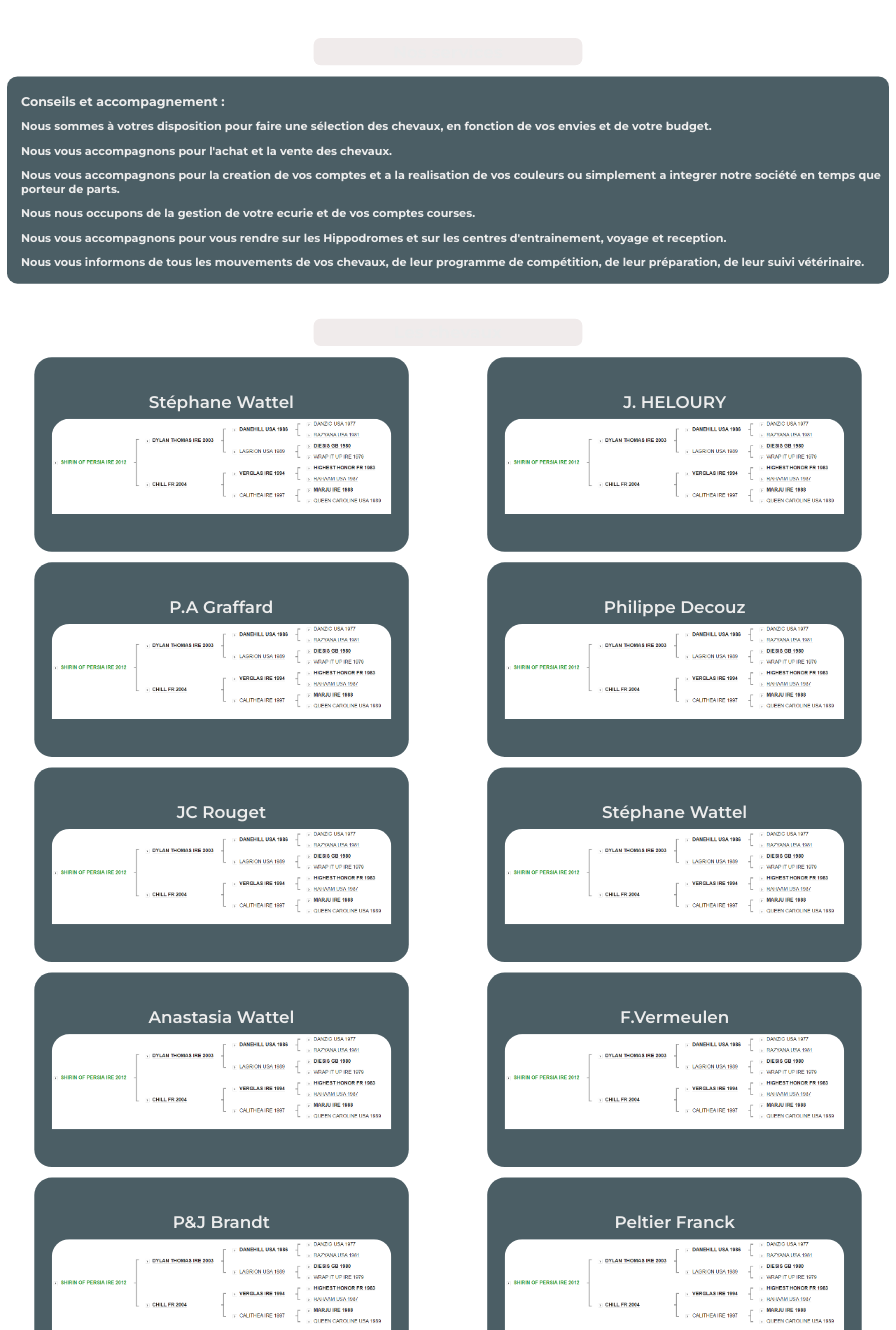
Repository: Vanitti/Site-web
Page: index.html
The author's editor kept a copy of each file at every save. The page is drawn from the files as they stood at one save, then again after the next save.
The browser window is 1280 px wide. The pictures show the part of the page from y = 576 to 2476 px (the page is 4055 px tall), at 70% of full size.
Some web libraries are served in a nearby version.

Above is the page before, as saved 2023-06-24 15:18:43.
Not found: app.js

After the next save:
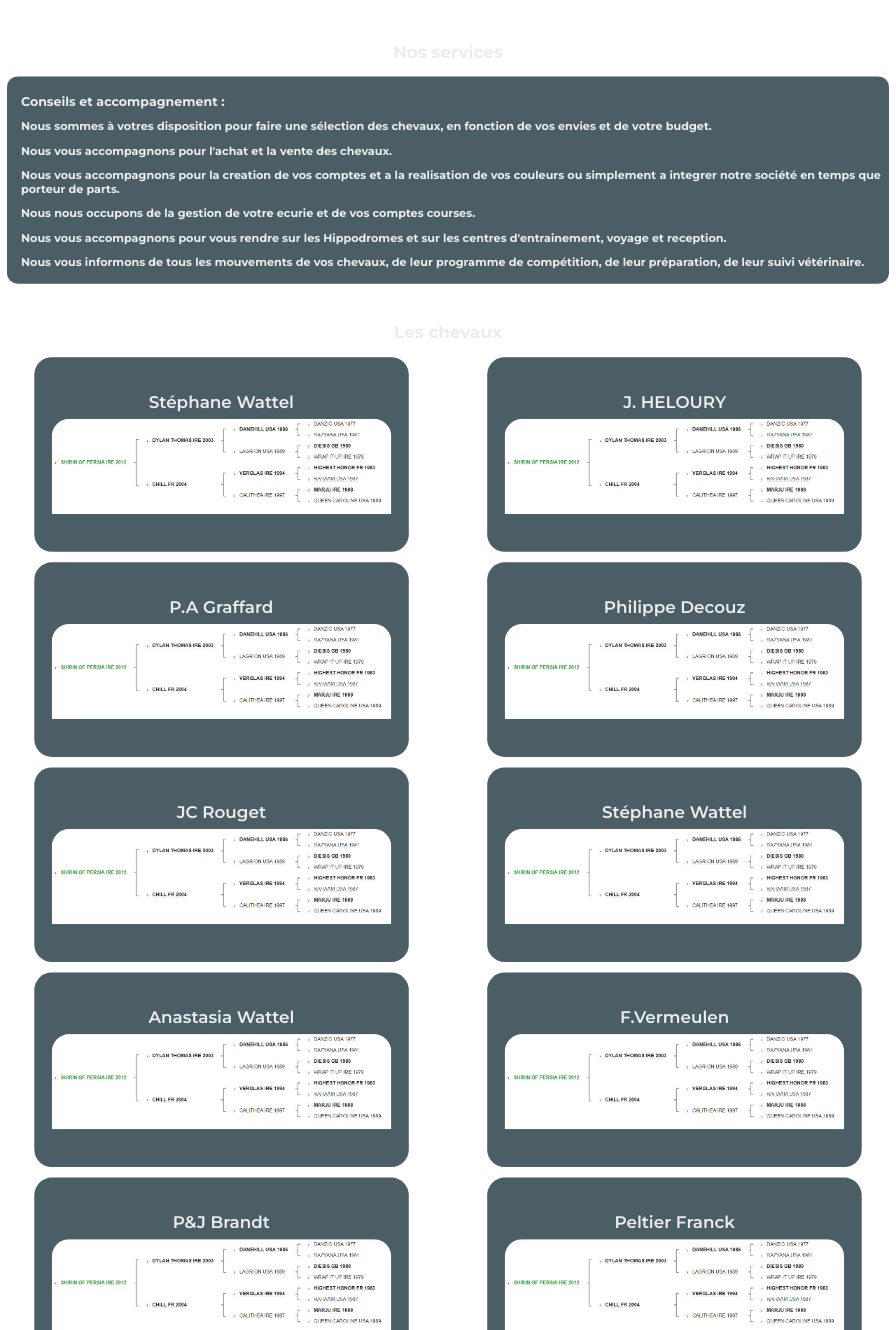
Saved 14 s later.
--- a/index.css
+++ b/index.css
@@ -26,7 +26,6 @@ header {
 
 /* Typographie */
 .section-title {
-    background-color: #f0ebeb;
     border-radius: 10px;
     font-size: 24px;
     font-weight: bold;
